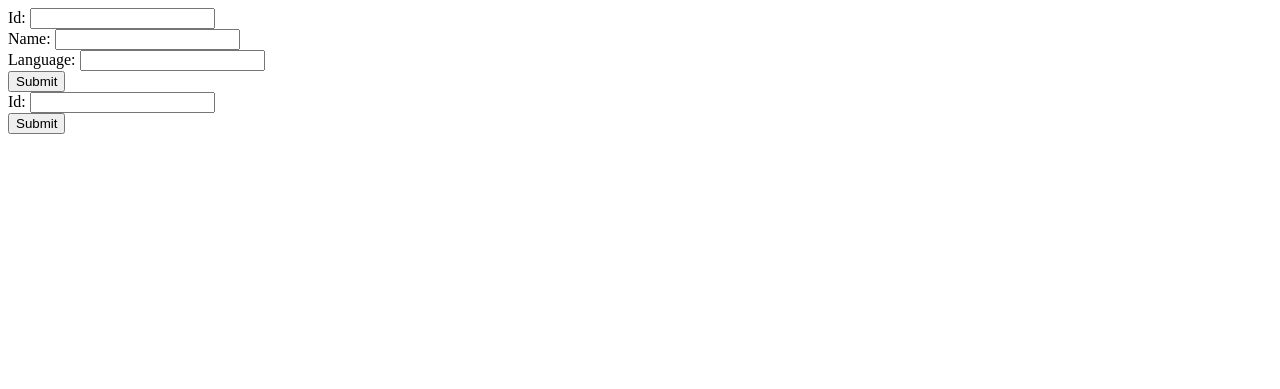
Repository: nomi474/springbootwithRestApi
Page: http://localhost/bootjpa/home.jsp
These files come from the project's save history. The page is drawn as it stood at one moment and after the next save; the edit follows.
The browser window is 1280 px wide. The pictures show the whole page.
The page is served by Tomcat 9. Other server files are loaded and not shown.

Above is the page before, as saved 2020-08-13 14:47:10.

### bootjpa/src/main/webapp/home.jsp
<%@ page language="java" contentType="text/html; charset=ISO-8859-1"
    pageEncoding="ISO-8859-1"%>
<!DOCTYPE html>
<html>
<head>
<meta charset="ISO-8859-1">
<title>Insert title here</title>
</head>
<body>
	<form action="addAlien">
	Id:
	<input type="text" name="aid"><br>
	Name:
	<input type="text" name="aname"><br>
	Language:
	<input type="text" name="tech"><br>
	<input type="submit"><br>
	</form>

		<form action="getAlien">
	Id:
	<input type="text" name="aid"><br>
	<input type="submit"><br>
	</form>
</body>
</html>

After the next save:
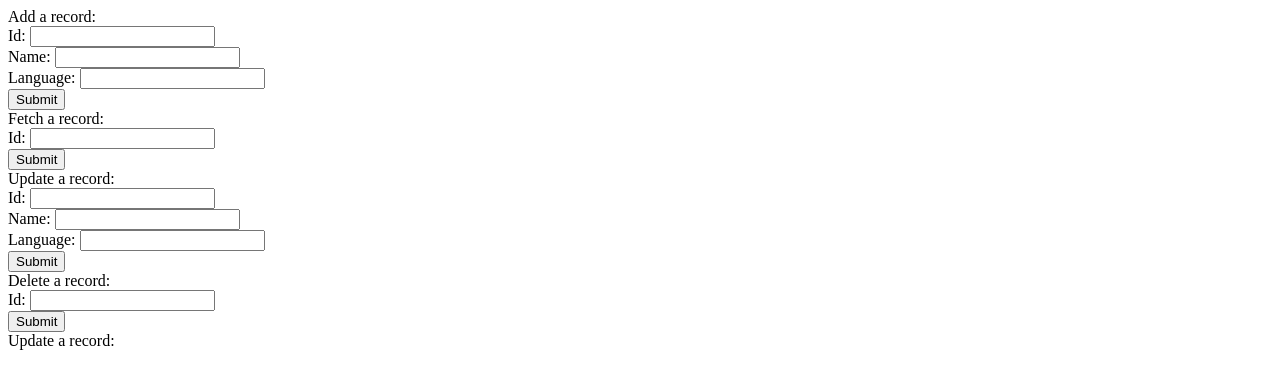
Saved 65 min 14 s later.
--- a/bootjpa/src/main/webapp/home.jsp
+++ b/bootjpa/src/main/webapp/home.jsp
@@ -7,6 +7,7 @@
 <title>Insert title here</title>
 </head>
 <body>
+	Add a record: <br>
 	<form action="addAlien">
 	Id:
 	<input type="text" name="aid"><br>
@@ -17,10 +18,29 @@
 	<input type="submit"><br>
 	</form>
 
+	Fetch a record: <br>
 		<form action="getAlien">
 	Id:
 	<input type="text" name="aid"><br>
 	<input type="submit"><br>
 	</form>
+		Update a record: <br>
+	<form action="updateAlien">
+	Id:
+	<input type="text" name="aid"><br>
+	Name:
+	<input type="text" name="aname"><br>
+	Language:
+	<input type="text" name="tech"><br>
+	<input type="submit"><br>
+	</form>
+
+	Delete a record: <br>
+		<form action="deleteAlien">
+	Id:
+	<input type="text" name="aid"><br>
+	<input type="submit"><br>
+	</form>
+		Update a record: <br>
 </body>
 </html>
